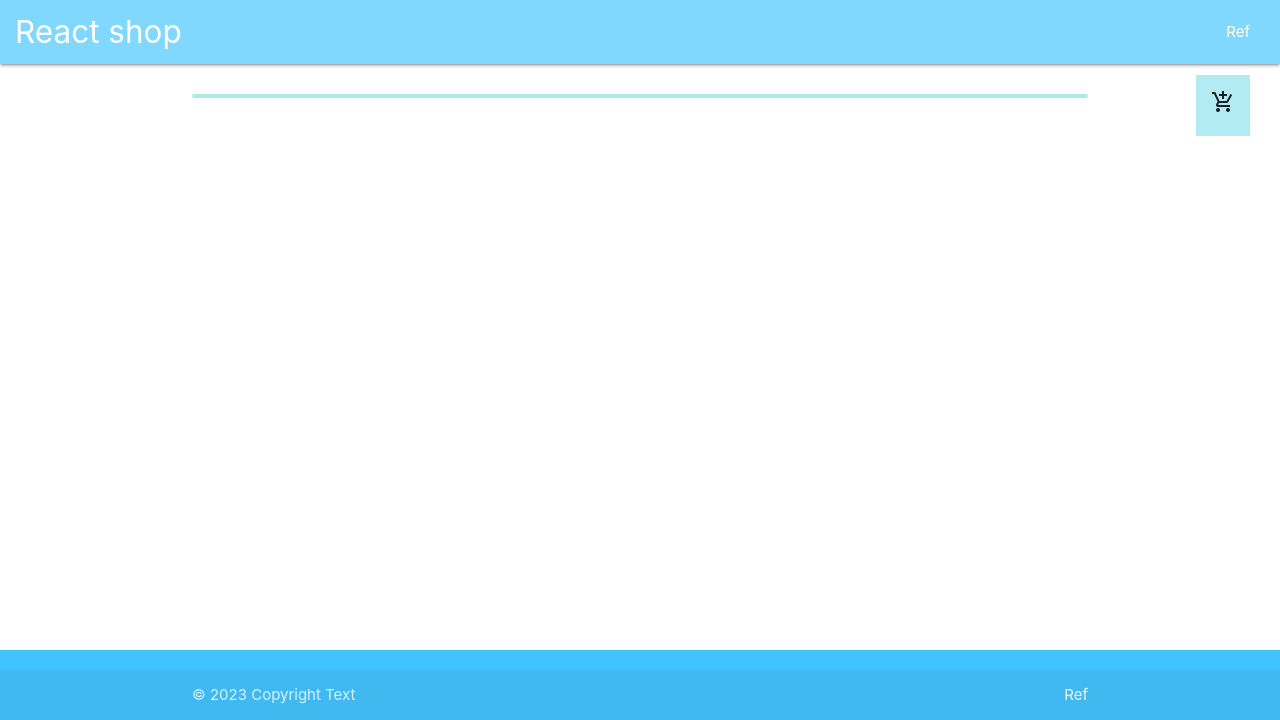
Repository: qui-qui-qui/online-shop
Page: /
These files come from the project's save history. The page is drawn as it stood at one moment and after the next save; the edit follows.
The browser window is 1280 px wide. The pictures show the whole page.
The page's requests for data from a server got no answer. The project was rebuilt for these pictures with package versions that can differ from the ones it lists, and the page was loaded fresh each time. No one was signed in, and anything a server would have sent is missing. Also part of the build but not shown: src/components/GoodsItem.jsx, src/components/GoodsList.jsx, src/components/BasketItem.jsx, src/components/BasketList.jsx.

Above is the page before, as saved 2023-01-07 18:26:33.

### public/index.html
<!DOCTYPE html>
<html lang="en">
  <head>
    <meta charset="utf-8" />
    <link rel="icon" href="%PUBLIC_URL%/favicon.ico" />
    <meta name="viewport" content="width=device-width, initial-scale=1" />
    <meta name="theme-color" content="#000000" />
    <meta
      name="pet-project"
      content="react shop"
    />
    <link rel="apple-touch-icon" href="%PUBLIC_URL%/logo192.png" />
    <link rel="manifest" href="%PUBLIC_URL%/manifest.json" />
    <title>React Shop</title>
    <link rel="stylesheet" href="https://cdnjs.cloudflare.com/ajax/libs/materialize/1.0.0/css/materialize.min.css">
    <link href="https://fonts.googleapis.com/icon?family=Material+Icons" rel="stylesheet">
  </head>
  <body>
    <noscript>You need to enable JavaScript to run this app.</noscript>
    <div id="root"></div>
  </body>
</html>

### src/index.css
body {
  margin: 0;
  font-family: -apple-system, BlinkMacSystemFont, 'Segoe UI', 'Roboto', 'Oxygen',
    'Ubuntu', 'Cantarell', 'Fira Sans', 'Droid Sans', 'Helvetica Neue',
    sans-serif;
  -webkit-font-smoothing: antialiased;
  -moz-osx-font-smoothing: grayscale;
}


nav {
  padding: 0 1rem;
}

.content {
  min-height: calc(100vh - 70px - 64px);
  padding: 1.5rem 0;
}

.goods {
  display: grid;
  grid-template-columns: repeat(auto-fill, minmax(250px, 1fr));
  gap: 1rem
}

.card {
  display: flex;
  flex-direction: column;
}

.card-content {
  flex-grow: 1;
}

.cart {
  position: fixed;
  bottom: 2rem;
  right: 2rem;

  cursor: pointer;
  z-index: 5;
  padding: 1rem;
}
@media (min-width: 767px) {
  .cart {
    top: 5rem;
    bottom: unset;
  }
}

.basket-list {
  position: fixed;
  top: 50%;
  left: 50%;
  transform: translate(-50%, -50%);

  background-color: #fff;
  width: 50rem;
  max-width: 95%;

  box-shadow: inset;
  animation: show 500ms ease-in-out;
}

.basket-close {
  cursor: pointer;
  position: absolute;
  top: 0.5rem;
  right: 0.5rem;
  color: white;
}

.basket-delete {
  cursor: pointer;
}

@keyframes show {
  from {
    top: 70%;
    opacity: 0;
  }
  to {
    top: 50%;
    opacity: 1;
  }
}

### src/App.js
import { Header } from "./components/Header";
import { Footer } from "./components/Footer";
import { Shop } from "./components/Shop";

function App() {
  return (
    <>
      <Header />
      <Shop />
      <Footer />
    </>
  );
}

export default App;

### src/components/Header.jsx
function Header() {
    return <nav className="light-blue accent-1">
      <div className="nav-wrapper">
        <a href="!#" className="brand-logo left">React shop</a>
        <ul id="nav-mobile" className="right">
          <li><a href="!#">Ref</a></li>
        </ul>
      </div>
  </nav>
}

export {Header}

### src/components/Footer.jsx
function Footer() {
    return <footer className="page-footer light-blue accent-2">
    <div className="footer-copyright">
      <div className="container">
      © {new Date().getFullYear()} Copyright Text
      <a className="grey-text text-lighten-4 right" href="#!">Ref</a>
      </div>
    </div>
  </footer>
}

export {Footer}

### src/components/Shop.jsx
import { useState, useEffect } from "react";
import { API_KEY, API_URL } from "../config";
import { Preloader } from "./Preloader";
import { GoodsList } from "./GoodsList";
import { Cart } from "./Cart";
import { BasketList } from "./BasketList";

function Shop() {
  const [goods, setGoods] = useState([]);
  const [loading, setLoading] = useState(true);
  const [order, setOrder] = useState([]);
  const [isBasketShow, setBasketShow] = useState(false);

  const addToBasket = (item) => {
    const itemIndex = order.findIndex((orderItem) => orderItem.id === item.id);

    if (itemIndex < 0) {
      const newItem = {
        ...item,
        quantity: 1,
      };
      setOrder([...order, newItem]);
    } else {
      const newOrder = order.map((orderItem, index) => {
        if (index === itemIndex) {
          return {
            ...orderItem,
            quantity: orderItem.quantity + 1,
          };
        } else {
          return orderItem;
        }
      });

      setOrder(newOrder);
    }
  };

  const removeFromBasket = (itemId) => {
    const newOrder = order.filter((el) => el.id !== itemId);
    setOrder(newOrder);
  };

  const incQuantity = (itemId) => {
    const newOrder = order.map((el) => {
      if (el.id === itemId) {
        const newQuantity = el.quantity + 1;
        return {
          ...el,
          quantity: newQuantity,
        };
      } else {
        return el;
      }
    });
    setOrder(newOrder);
  };

  const decQuantity = (itemId) => {
    const newOrder = order.map((el) => {
      if (el.id === itemId) {
        const newQuantity = el.quantity - 1;
        return {
          ...el,
          quantity: newQuantity >= 0 ? newQuantity : 0,
        };
      } else {
        return el;
      }
    });
    setOrder(newOrder);
  };

  const handleBasketShow = () => {
    setBasketShow(!isBasketShow);
  };

  useEffect(function getGoods() {
    fetch(API_URL, {
      headers: {
        Authorization: API_KEY,
      },
    })
      .then((response) => response.json())
      .then((data) => {
        data.featured && setGoods(data.featured);
        setLoading(false);
      });
  }, []);

  return (
    <main className="container content">
      <Cart quantity={order.length} handleBasketShow={handleBasketShow} />
      {loading ? (
        <Preloader />
      ) : (
        <GoodsList goods={goods} addToBasket={addToBasket} />
      )}
      {isBasketShow && (
        <BasketList
          order={order}
          handleBasketShow={handleBasketShow}
          removeFromBasket={removeFromBasket}
          incQuantity={incQuantity}
          decQuantity={decQuantity}
        />
      )}
    </main>
  );
}

export { Shop };

### src/config.js
const API_KEY = '6c6ecc31-c6e59085-63220236-a525db2c';

const API_URL = 'https://fortniteapi.io/v1/shop?lang=ru';

export {
    API_KEY,
    API_URL
};

### src/components/Preloader.jsx
function Preloader() {
  return (
    <div className="progress">
      <div className="interminate"></div>
    </div>
  );
}

export { Preloader };

### src/components/Cart.jsx
function Cart(props) {
    const {quantity = 0, handleBasketShow = Function.prototype} = props;

    return (
        <div className="cart cyan lighten-4" onClick={handleBasketShow}>
            <i className="material-icons">add_shopping_cart</i>
            {quantity ? (
                <span className="cart-quantity">{quantity}</span>
            ) : null}
        </div>
    )
}

export {Cart};

Loaded but not shown: src/index.js (common file)

After the next save:
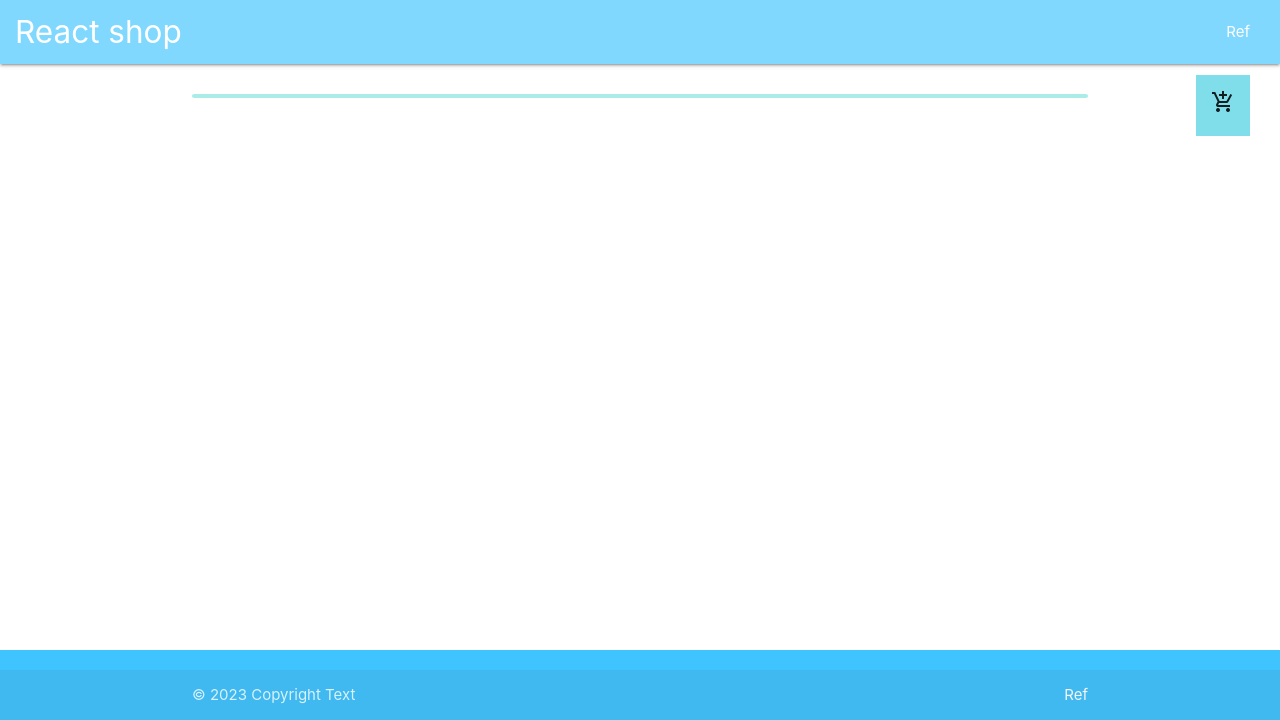
Saved 19 s later.
--- a/src/components/Cart.jsx
+++ b/src/components/Cart.jsx
@@ -2,7 +2,7 @@ function Cart(props) {
     const {quantity = 0, handleBasketShow = Function.prototype} = props;
 
     return (
-        <div className="cart cyan lighten-4" onClick={handleBasketShow}>
+        <div className="cart cyan lighten-3" onClick={handleBasketShow}>
             <i className="material-icons">add_shopping_cart</i>
             {quantity ? (
                 <span className="cart-quantity">{quantity}</span>
